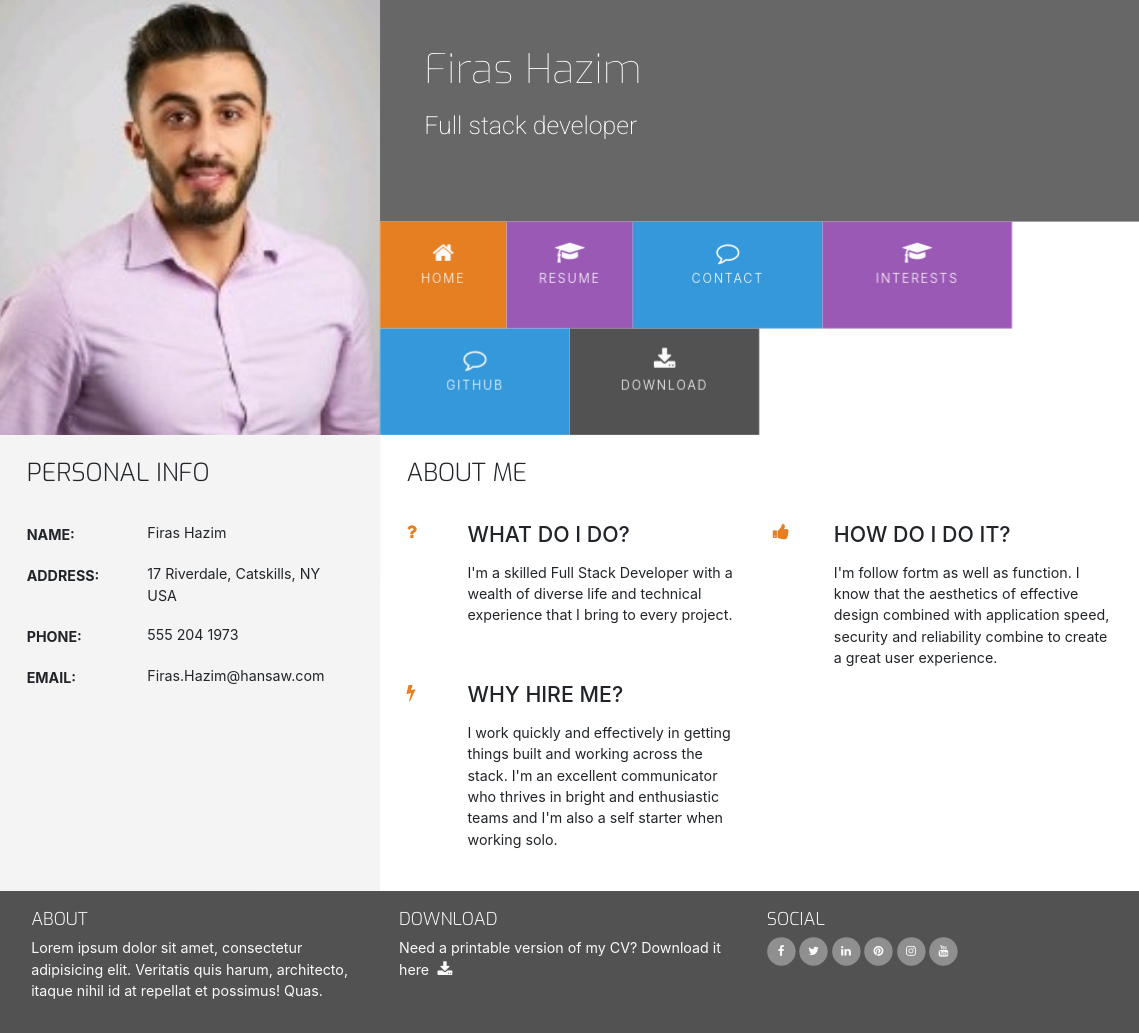
Repository: FirasH94/ResumeProject
Page: index.html
The author's editor kept a record of every edit. The page is drawn from the files as they stood at one moment, then again after the next edit.
The browser window is 1280 px wide. The pictures show the whole page, at 89% of full size.

Above is the page before.

### index.html
<!DOCTYPE html>
<html lang="en">
<head>
    <meta charset="UTF-8">
    <meta name="viewport" content="width=device-width, initial-scale=1.0">
    <meta http-equiv="X-UA-Compatible" content="ie=edge">
    <link rel="stylesheet" href="https://stackpath.bootstrapcdn.com/bootstrap/4.3.1/css/bootstrap.min.css" type="text/css" />
    <link rel="stylesheet" href="https://stackpath.bootstrapcdn.com/font-awesome/4.7.0/css/font-awesome.min.css" type="text/css" />
    <link rel="stylesheet" href="https://cdnjs.cloudflare.com/ajax/libs/hover.css/2.3.1/css/hover-min.css" type="text/css" />
    <link rel="stylesheet" href="assets/css/style.css" type="text/css" />
    <title>Firas</title>
</head>
<body>
    <header>
        <div class="row no-gutters">
            <a href="index.html" class="col-md-4 logo">

            </a>
            <div class="col-md-8">
                <div class="row bg-color-name-title no-gutters">
                    <div class="col heading">
                        <h1 class="name">Firas Hazim</h1>
                        <h2 class="title">Full stack developer</h2>
                    </div>
                </div>
                <div class="row no-gutters">
                    <div class="col">
                        <ul id="nav" class="list-inline menucontainer">
                            <li class="col-6 col-sm-2 ui-menu-color-home list-inline-item menuitem hvr-sweep-to-bottom">
                                <a href="index.html"><i class="fa fa-home" aria-hidden="true"></i><span>Home</span></a>
                            </li>
                            <li class="col-6 col-sm-2 ui-menu-color-resume list-inline-item menuitem hvr-sweep-to-bottom">
                                <a href="resume.html"><i class="fa fa-graduation-cap" aria-hidden="true"></i><span>Resume</span></a>
                            </li>
                            <li class="col-6 col-sm-3 ui-menu-color-contact list-inline-item menuitem hvr-sweep-to-bottom">
                                <a href="contact.html"><i class="fa fa-comment-o" aria-hidden="true"></i><span>Contact</span></a>
                            </li>
                            <li class="col-6 col-sm-3 ui-menu-color-resume list-inline-item menuitem hvr-sweep-to-bottom">
                                <a href="resume.html"><i class="fa fa-graduation-cap" aria-hidden="true"></i><span>Interests</span></a>
                            </li>
                            <li class="col-6 col-sm-3 ui-menu-color-contact list-inline-item menuitem hvr-sweep-to-bottom">
                                <a href="contact.html"><i class="fa fa-comment-o" aria-hidden="true"></i><span>Github</span></a>
                            </li>
                            <li class="col-6 col-sm-3 ui-menu-color-download list-inline-item menuitem hvr-sweep-to-bottom">
                                <a href="assets/cv/Firas Hazim's CV.pdf" target="_blank"><i class="fa fa-download" aria-hidden="true"></i><span>Download</span></a>
                            </li>
                        </ul>
                    </div>
                </div>
            </div>
        </div>
    </header>
    <section class="container-fluid">
        <div class="row">
            <div class="col-md-4 bg-color-personal-info section-column">
                <div class="row">
                    <div class="col-12">
                        <h3 class="section-heading uppercase">
                            Personal Info
                        </h3>
                    </div>
                </div>
                <div class="personal-info-item">
                    <div class="key">
                        <p class="uppercase">
                            Name:
                        </p>
                    </div>
                    <div class="value">
                        <p>
                            Firas Hazim
                        </p>
                    </div>
                </div>
                 <div class="personal-info-item">
                    <div class="key">
                        <p class="uppercase">
                            Address:
                        </p>
                    </div>
                    <div class="value">
                        <p>
                            17 Riverdale, Catskills, NY USA
                        </p>
                    </div>
                </div>
                 <div class="personal-info-item">
                    <div class="key">
                        <p class="uppercase">
                            Phone:
                        </p>
                    </div>
                    <div class="value">
                        <p>
                            555 204 1973
                        </p>
                    </div>
                </div>
                 <div class="personal-info-item">
                    <div class="key">
                        <p class="uppercase">
                            Email:
                        </p>
                    </div>
                    <div class="value">
                        <p>
                            Firas.Hazim@hansaw.com
                        </p>
                    </div>
                </div>
            </div>
            <div class="col-md-8 bg-color-three-reasons section-column">
                <div class="row">
                    <div class="col">
                        <h3 class="section-heading uppercase">About Me</h3>
                    </div>
                </div>
                <div class="row">
                    <div class="col-10 offset-1 offset-sm-0 col-sm-4 col-md-6">
                        <div class="row">
                            <div class="col-2">
                                <i class="three-reasons-icon fa fa-question" aria-hidden="true"></i>
                            </div>
                            <div class="col-10">
                                <h4 class="three-reasons-heading uppercase">What do I do?</h4>
                                <p>
                                    I'm a skilled Full Stack Developer with a wealth of diverse
                                    life and technical experience that I bring to every project.
                                </p>
                            </div>
                        </div>
                    </div>
                    <div class="col-10 offset-1 offset-sm-0 col-sm-4 col-md-6">
                        <div class="row">
                            <div class="col-2">
                                <i class="three-reasons-icon fa fa-thumbs-up" aria-hidden="true"></i>
                            </div>
                            <div class="col-10">
                                <h4 class="three-reasons-heading uppercase">How do I do it?</h4>
                                <p>
                                   I'm follow fortm as well as function. I know that the aesthetics of effective
                                   design combined with application speed, security and reliability combine to
                                   create a great user experience.
                                </p>
                            </div>
                        </div>
                    </div>
                     <div class="col-10 offset-1 offset-sm-0 col-sm-4 col-md-6">
                        <div class="row">
                            <div class="col-2">
                                <i class="three-reasons-icon fa fa-bolt" aria-hidden="true"></i>
                            </div>
                            <div class="col-10">
                                <h4 class="three-reasons-heading uppercase">Why hire me?</h4>
                                <p>
                                  I work quickly and effectively in getting things built and working across the stack. I'm an excellent
                                  communicator who thrives in bright and enthusiastic teams and
                                  I'm also a self starter when working solo.
                                </p>
                            </div>
                        </div>
                    </div>
                </div>
            </div>
        </div>

    </section>
    <footer class="container-fluid">
        <div id="footer-details" class="row">
            <div class="col-sm-4">
                <h5 class="uppercase general-sub">About</h5>
                <p class="inline-block">
                    Lorem ipsum dolor sit amet, consectetur adipisicing elit.
                    Veritatis quis harum, architecto, itaque nihil id at repellat et possimus! Quas.
                </p>
            </div>
            <div class="col-sm-4">
                <h5 class="uppercase general-sub">Download</h5>
                <p class="inline-block">
                    Need a printable version of my CV? Download it here
                    <a href="assets/cv/Firas Hazim's CV.pdf" target="_blank" class="cv-pdf">
                        <i class="fa fa-download" aria-hidden="true"></i>
                        <span class="sr-only">Download link.</span>
                    </a>
                </p>
            </div>
            <div class="col-sm-4">
                <h5 class="uppercase general-sub">Social</h5>
                <ul class="list-inline social-links">
                    <li class="list-inline-item">
                        <a target="_blank" href="#">
                            <i class="fa fa-facebook" aria-hidden="true"></i>
                            <span class="sr-only">Facebook</span>
                        </a>
                    </li>
                                        <li class="list-inline-item">
                        <a target="_blank" href="#">
                            <i class="fa fa-twitter" aria-hidden="true"></i>
                            <span class="sr-only">Twitter</span>
                        </a>
                    </li>
                    <li class="list-inline-item">
                        <a target="_blank" href="#">
                            <i class="fa fa-linkedin" aria-hidden="true"></i>
                            <span class="sr-only">LinkedIn</span>
                        </a>
                    </li>
                    <li class="list-inline-item">
                        <a target="_blank" href="#">
                            <i class="fa fa-pinterest" aria-hidden="true"></i>
                            <span class="sr-only">Pinterest</span>
                        </a>
                    </li>
                    <li class="list-inline-item">
                        <a target="_blank" href="#">
                            <i class="fa fa-instagram" aria-hidden="true"></i>
                            <span class="sr-only">Instagram</span>
                        </a>
                    </li>
                    <li class="list-inline-item">
                        <a target="_blank" href="#">
                            <i class="fa fa-youtube" aria-hidden="true"></i>
                            <span class="sr-only">Youtube</span>
                        </a>
                    </li>
                </ul>
            </div>
        </div>

    </footer>
</body>
</html>

### assets/css/style.css
@import url('https://fonts.googleapis.com/css?family=Roboto:100,200,300,400,500,600,700|Exo:100,200,300,400,500,600,700');

.bg-color-name-title{
background-color:#676767;
}

.bg-color-three-reasons {
    background-color: #fff;
}

.bg-color-personal-info {

background-color: #f4f4f4;
}

.bg-color-work-history {
background-color: #9b59b6;
}

.ui-menu-color-home {
    background-color: #e67e22;
}

.ui-menu-color-resume {
    background-color: #9b59b6;
}

.ui-menu-color-contact {
    background-color: #3498db;
}

.ui-menu-color-download {
    background-color: #525252;
}

/* --------------------------------------Special paddings/margins/text */

h1,h2,h3,h4 {
    margin: 0;
}

.uppercase {
    text-transform: uppercase;
}

.general-sub {
    font-family: "Exo" , sans-serif;
    font-weight: 300;
    color: #fafafa;
}

.inline-block {
    display: inline-block;
}

.row-table {
    display: table;
}

.section-column {
    display: table-cell;
    padding: 0 30px 30px;
    float: none;
}

.history-heading,
.section-heading {
    font-family: "Exo", sans-serif;
    font-weight: 300;
    margin-top: 25px;
    margin-bottom: 40px;
}

/* --------------------------------------Heading */

header {
    margin:0;
}

.heading {
     margin-left: 50px;
}

.logo {
background: url("../images/profile_pic.jpg");
background-position: center;
background-repeat: no-repeat;
background-size: cover;
min-height: 360px;
transition: all .5s ease-in-out;
-moz-transition: all .5s ease-in-out;
-webkit-transition: all .5s ease-in-out;
}


.name {
    font-family: "Exo", sans-serif;
    font-weight: 100;
    font-size: 46px;
    margin-top: 50px;
    color: #fff;
}

.title {
    font-family: "Roboto", sans-serif;
    font-weight: 200;
    font-size: 28px;
    margin-top: 20px;
    margin-bottom: 90px;
    color: #fff;
}

.list-inline-item:not(:last-child){
    margin: 0;
}

.menucontainer {
    font-size: 0;
}

#nav {
    margin: 0;
}

#nav li {
    font-size: 14px;
    padding: 0;
}

.menuitem {
    height: 120px;
    text-align: center;
    padding: 0;
}

.menuitem a {
    width: 100%;
    text-decoration: none;
    color: #fff;
    height: 120px;
}

.menuitem a i {
    padding-top: 22px;
    display: block;
    color: #fafafa;
    font-size: 26px;
}

.menuitem span {
    display: block;
    width: 100%;
    padding-top: 5px;
    text-align: center;
    text-transform: uppercase;
    font-size: 14px;
    font-weight: 300;
    letter-spacing: 2px;
}

/* --------------------------Hover.css */

.hvr-sweep-to-bottom:before {
    background-color: rgba(0, 0, 0, 0.2);
    height: 120px;
}

/* --------------------------------------Footer */

footer {
    background-color: #525252;
    color: #fafafa;
    min-height: 120px;
    margin: 0;
}


.cv-pdf i {
    font-size: 18px;
    color: #fafafa;
    text-align: center;
    padding-left: 5px;
    transition: all 0.35s ease-in-out;
    -moz-transition: all 0.35s ease-in-out;
    -webkit-transition: all 0.35s ease-in-out;
    -o-transition: all 0.35s ease-in-out;
}

.cv-pdf i:hover {
    color: #e84610;
}

.social-links {
    padding-bottom: 15px;
}

.social-links li a i {
    width: 32px;
    height: 32px;
    padding: 12px 0;
    border-radius: 50%;
    font-size: 13px;
    line-height: 7px;
    text-align: center;
    color: #fafafa;
    background: #8f8f8f;
    transition: all 0.35s ease-in-out;
    -moz-transition: all 0.35s ease-in-out;
    -webkit-transition: all 0.35s ease-in-out;
    -o-transition: all 0.35s ease-in-out;
}

.social-links li a i:hover {
    background:#e84610;
}

#footer-details {
    padding: 20px;
}

/* --------------------------------------Three reasons */

.three-reasons-icon {
    font-size: 20px;
    color: #e67e22;
}

.three-reasons-heading {
    margin-bottom: 15px;
}

/* --------------------------------------Personal Info */

.personal-info-item {
    margin-bottom: 20px;
    display: block;
    clear: both;
}

.personal-info-item .key,
.personal-info-item .value {
    padding-right: 8px;
    display: inline-block;
}

.personal-info-item .key p,
.personal-info-item .value p {
    margin: 0;
}

.personal-info-item .key {
    width: 30%;
    margin-right: 21px;
    padding-top: 2px;
    vertical-align: top;
}

.personal-info-item .key p {
    font-weight: 700;
}

.personal-info-item .value {
    position: relative;
    width: 60%;
}

/* --------------------------------------Skills */

.progress{
position:relative;
height: 25px;
margin-bottom: 4px;

}

.progress-type {
    position: absolute;
    left: 0;
    font-weight: 400;
    padding: 3px 30px 2px 10px;
    color: #fafafa;
    background-color: rgba(25, 25, 25, 0.2);
}

.progress-section {
    margin: 40px 20px;
}

/* --------------------------------------Work History */

.history-heading {
    color: #fafafa;
    margin-bottom: 50px;
}

.timeline-item {
    padding: 4em 2em 0em 2em;
    position: relative;
    color: #fafafa;
    border-left: 1px solid;
}

.timeline-item p {
    padding: 0;
    margin: 0;
}

.timeline-item:before {
    content: attr(data-dates);
    position: absolute;
    left: 2.5em;
    top: 3em;
    display: block;
    font-family: "Exo" , sans-serif;
    font-weight: 500;
    font-size:  0.8em;
    padding: 0;
    margin: 0;
}

.timeline-item:after {
    width: 12px;
    height: 12px;
    display: block;
    top: 2.4em;
    position: absolute;
    left: -6px;
    border-radius: 12px;
    content: '';
    background: #fafafa;
}

.history-items {
    margin-bottom: 30px;
}

After the next edit:
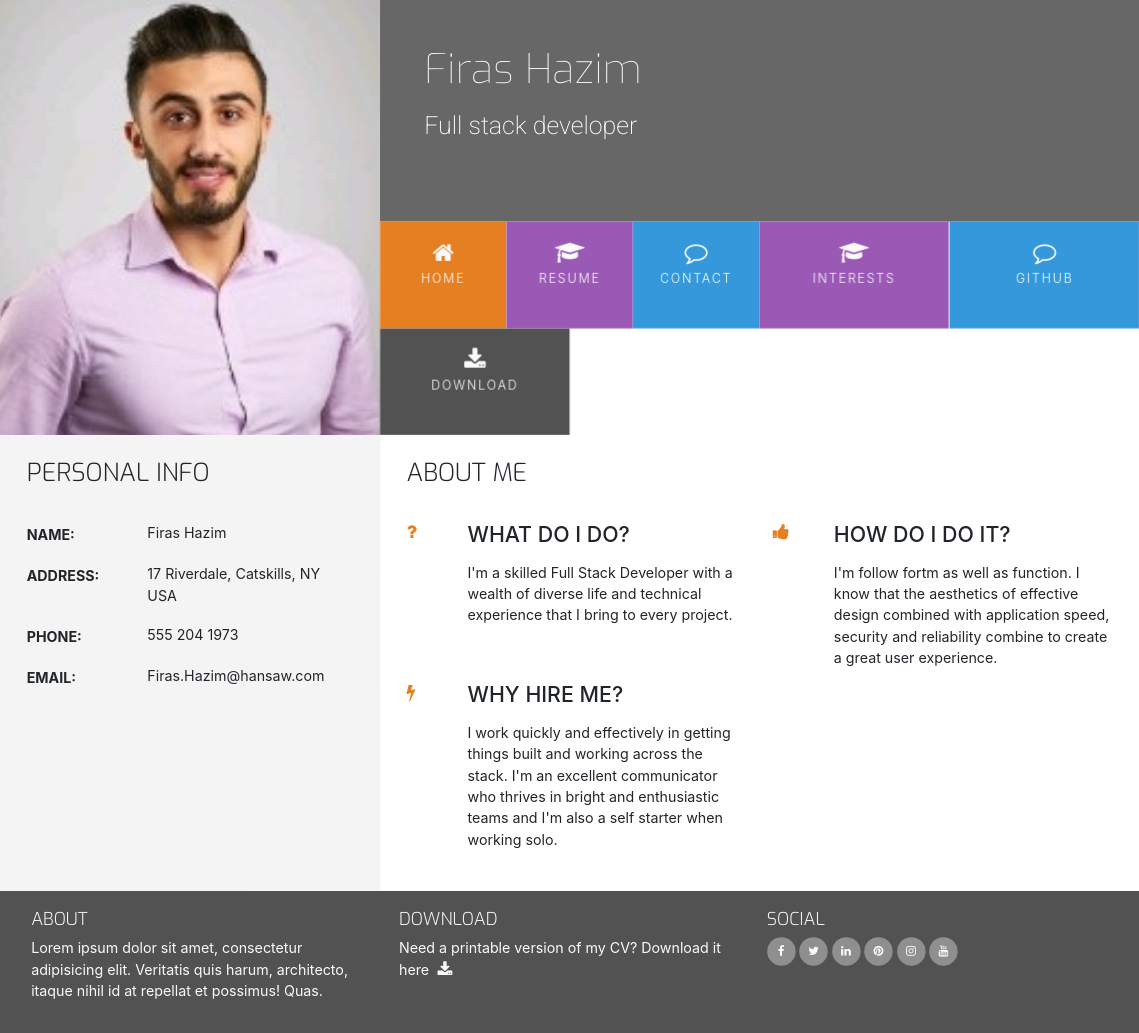
The edit:
--- a/index.html
+++ b/index.html
@@ -32,7 +32,7 @@
                             <li class="col-6 col-sm-2 ui-menu-color-resume list-inline-item menuitem hvr-sweep-to-bottom">
                                 <a href="resume.html"><i class="fa fa-graduation-cap" aria-hidden="true"></i><span>Resume</span></a>
                             </li>
-                            <li class="col-6 col-sm-3 ui-menu-color-contact list-inline-item menuitem hvr-sweep-to-bottom">
+                            <li class="col-6 col-sm-2 ui-menu-color-contact list-inline-item menuitem hvr-sweep-to-bottom">
                                 <a href="contact.html"><i class="fa fa-comment-o" aria-hidden="true"></i><span>Contact</span></a>
                             </li>
                             <li class="col-6 col-sm-3 ui-menu-color-resume list-inline-item menuitem hvr-sweep-to-bottom">
